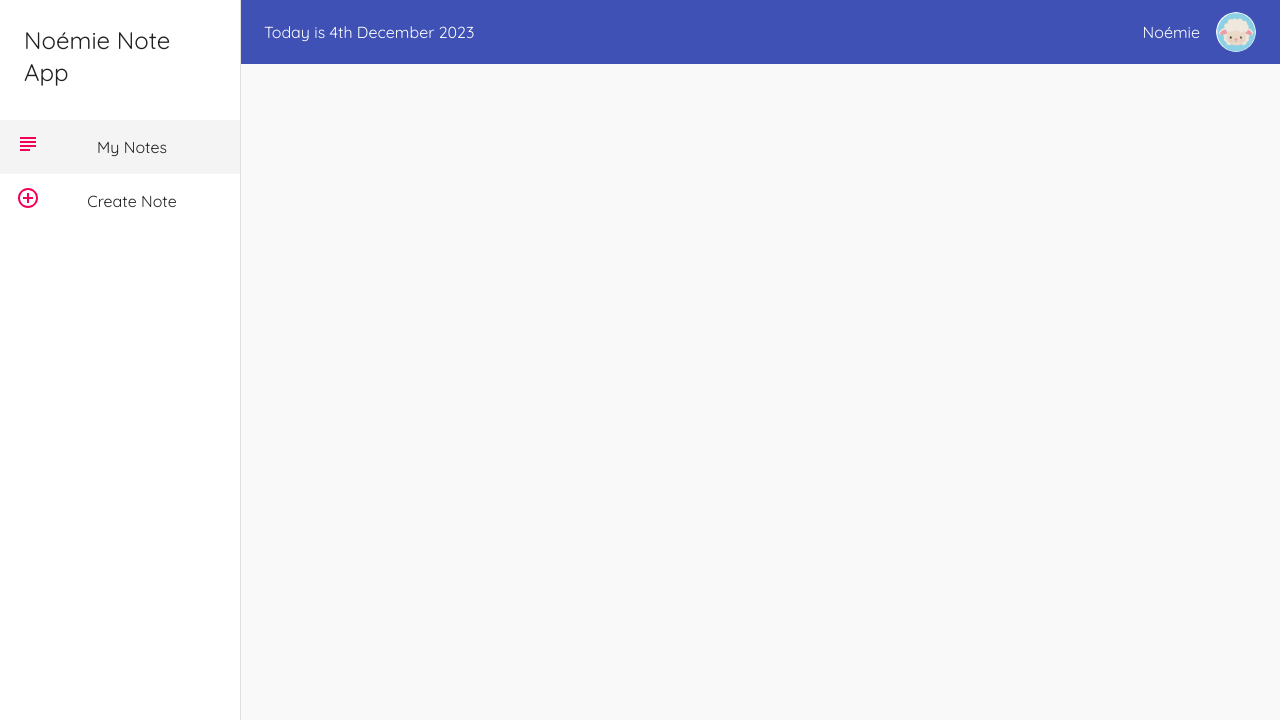
Repository: noemiepham/noemieblognote
Page: /
An editor plug-in stored every save of this project. The page is shown before and after a run of saves, followed by the edit.
The browser window is 1280 px wide. The pictures show the whole page.
The project was rebuilt for these pictures with package versions that can differ from the ones it lists, and the page was loaded fresh each time. Requests to the local data server were answered from the project's data file. Also part of the build but not shown: src/pages/Create.js.

Above is the page before, as saved 2023-12-08 12:37:19.

After the next 3 saves:
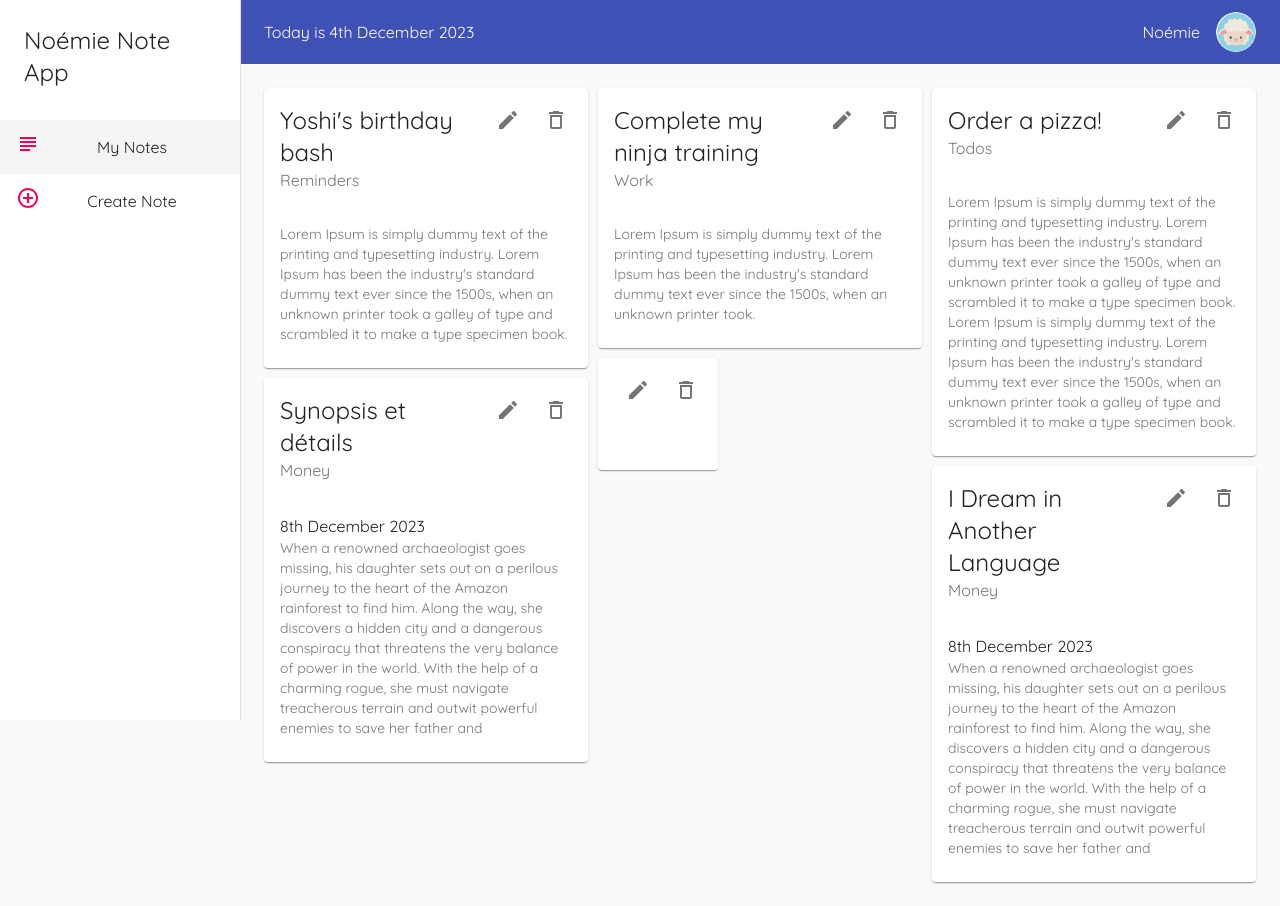
The 3 saves are shown as one change because 2 did not build or start.
The last was saved 103 s later.
--- a/src/components/NoteCard.js
+++ b/src/components/NoteCard.js
@@ -36,7 +36,32 @@ const useStyles = makeStyles({
 function NoteCard({ note, handleDelete, handleEdit }) {
   const classes = useStyles(note);
   console.log("sfsqdfdsf", note);
-  return <div></div>;
+  return (
+    <div>
+      <Card elevation={1} className={classes.test}>
+        <CardHeader
+          action={
+            <div>
+              <IconButton onClick={() => handleEdit(note?.id)}>
+                <EditIcon />
+              </IconButton>
+              <IconButton onClick={() => handleDelete(note?.id)}>
+                <DeleteOutline />
+              </IconButton>
+            </div>
+          }
+          title={note?.title}
+          subheader={note?.category}
+        />
+        <CardContent>
+          <Typography>{note?.currentDate}</Typography>
+          <Typography variant="body2" color="textSecondary">
+            {note?.details}
+          </Typography>
+        </CardContent>
+      </Card>
+    </div>
+  );
 }
 
 export default NoteCard;
